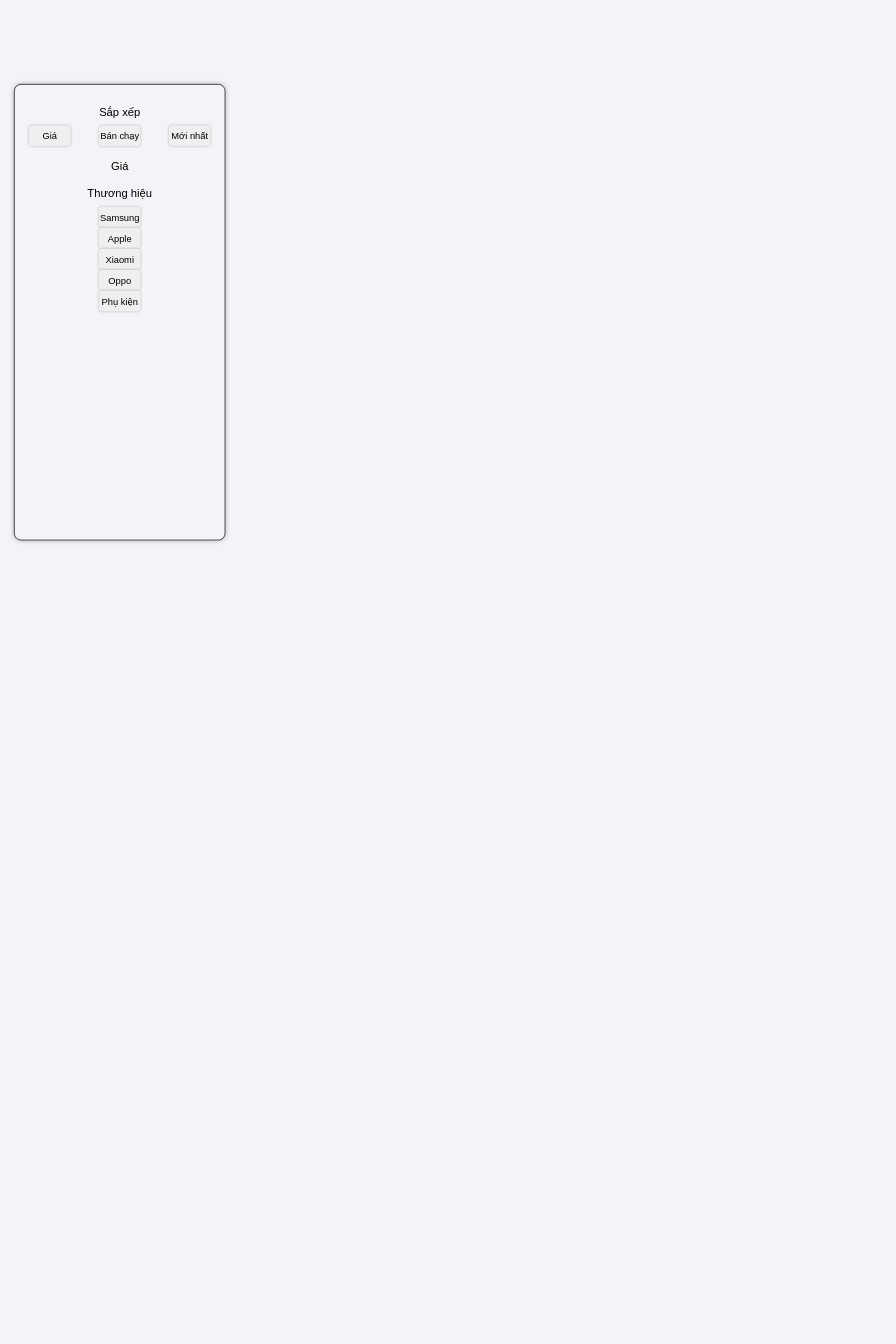
Repository: TrungSonQNIT2k4/ZENTECH
Page: showsp.html
The author's editor kept a copy of each file at every save. The page is drawn from the files as they stood at one save, then again after the next save.
The browser window is 1280 px wide. The pictures show the whole page, at 70% of full size.
Some web fonts or font styles are not loaded; a fallback is used.

Above is the page before, as saved 2024-11-22 21:36:18.

### showsp.html
<!DOCTYPE html>
<html lang="en">

<head>
    <meta charset="UTF-8">
    <meta name="viewport" content="width=device-width, initial-scale=1.0">
    <title>ZENTECH</title>
    <link rel="stylesheet" href="style.css">
    <link rel="icon" type="image/png" href="/Data/Image/ICONLOGOZ.png" />
    <link href="https://fonts.googleapis.com/css2?family=Francois+One&display=swap" rel="stylesheet">
</head>
<body>
    <div class="container">
        <div class="menu_choose">
            <div class="Sort">
                <p>Sắp xếp</p>
                <div class="tools">
                    <button>Giá</button>
                    <button>Bán chạy</button>
                    <button>Mới nhất</button>
                </div>
            </div>
            <div class="Price_choose">
                <p>Giá</p>
                <div></div>
            </div>
            <div class="Brand_choose">
                <p>Thương hiệu</p>
                <div class="Brand_tools">
                    <button>Samsung</button>
                    <button>Apple</button>
                    <button>Xiaomi</button>
                    <button>Oppo</button>
                    <button>Phụ kiện</button>
                </div>
            </div>
        </div>
    </div>
</body>
</html>

### style.css
*{
    padding: 0;
    margin: 0;
    font-family: 'Francois One', sans-serif;
}
body{
  background-color: #F4F4F8;
}
p{
  color: black;
}
a{
    text-decoration: none;
}
li{
    list-style-type: none;
}
.header{
    display: flex;
    position: fixed;
    background-color: #F4F4F8;
    height: 100px;
    top: 0;
    left: 0;
    width: 100%;
    z-index: 1000;
    box-shadow: 0 6px 10px rgba(0, 0, 0, 0.15);
}
.header_inner{
  width: 100%;
  background-color: #F4F4F8;
  display: flex;
  margin: 10px;
  margin: 10px;
  justify-content: space-between;
  align-items: center;
  position: relative;
}
.header_logo{
  margin-top: 15px;
  padding: 5px;
  height: 120px;
  width: 200px;
  transition: all 0.6s;
}
.header_logo:hover{
  transform: scale(1.05);
}
.globalnav-list{
  display: flex;
  align-items: center;
  font-size: 25px;
  font-family: 'Francois One', sans-serif;
  white-space: nowrap;
}
.globalnav-list-content{
  margin-left: 30px;
  margin-right: 30px;
  transition: all 0.1s;
}
.globalnav-list-content:hover{
  color: red;
}
.menu_item{
  margin: 0 1rem;
}
.menu_item:hover .menu_child{
  opacity: 1;
  visibility: visible;
}
.menu_child{
  background-color: whitesmoke;
  display: flex;
  position: absolute;
  top: 120%;
  left: 0;
  width: 97%;
  padding: 20px;
  border-radius: 20px;
  opacity: 0;
  visibility: hidden;
  justify-content: space-around;
  transition: opacity 0.25s ease, visibility 0.25s ease;
  box-shadow: 0 0 8px rgba(0, 0, 0, 0.15);
}
.menu_child-list p{
  transition: 0.1s;
}
.menu_child-list p:hover{
  color: red;
}
.globalnav-tool{
  display: flex;
  align-items: center;
  white-space: nowrap;
}
.globalnav-tool-content{
  margin-left: 30px;
  margin-right: 30px;
  transition:all 0.5s;
}
.globalnav-tool-content:hover{
  transform: scale(1.1);
}
.icon{
    height: 30px;
    width: 30px;
    margin-top: 5px;
    margin-right: 5px;
}
.container{
    margin-top: 120px;
    margin-bottom: 350px;
    min-height: 1300px;
    background-color: #F4F4F8;
    margin-bottom: 500px;
}
.slogan p{
  font-size: 20px;
  margin: 10px;
  text-align: center;
  color: red;
}
.banner{
  display: flex;
  justify-content: center;
  min-height: 450px;
  width: 1300px;
  margin-right: 30px;
  margin-left: 30px;
  white-space: nowrap;
}
.banner ul{
  padding: 0;
  margin: 0;
  list-style-type: none;
}
.banner-content img{
  border-radius: 10px;
  height: 450px;
  width: 1200px;
}
.smartphone{
  margin-left: 30px;
  margin-right: 30px;
  height: 60px;
  white-space: nowrap;
}
.smartphone ul {
  justify-content: space-around;
  display: flex;
  padding: 0;
  margin-bottom: 20px;
  list-style-type: none;
}

.smartphone li {
  display: flex;
}
.smartphone-content{
  margin: 10px;
  border-radius: 10px;
  border: none;
  background-color: rgba(255, 0, 0, 0);
}
.smartphone-content img{
  border-radius: 10%;
  height: 250px;
  width: 250px;
  box-shadow: 4px 4px 8px rgba(0, 0, 0, 0.3);
  transition: all 0.6s;
}
.smartphone-content img:hover{
  transform: scale(1.05);
  box-shadow: 6px 6px 12px rgba(0, 0, 0, 0.5);
}
.header-item{
  margin-left: 30px;
  margin-right: 30px;
  display: flex;
  justify-content: space-between;
}
.header-topic button{
  height: 30px;
  width: 300px;
  background-color: #D2B48C;
  border: none;
  border-radius: 5px;
}
.header-topic h3{
  transition: all 0.3s;
}
.header-topic h3:hover{
  color: white;
}
.other-link button{
  height: 30px;
  width: 80px;
  margin-left: 5px;
  margin-right: 5px;
  border-radius: 10px;
  transition: all 0.4s;
}
.other-link button:hover{
  transform: scale(1.05);
}
.other-link p:hover{
  color: red;
}
.smartphone-items{
  margin-left: 30px;
  margin-right: 30px;
  display: flex;
}

.smartphone-item button{
  height: 300px;
  width: 240px;
  border-radius: 10px;
  border: none;
  background-color: white;
  box-shadow: 4px 4px 8px rgba(0, 0, 0, 0.3);
  transition: all 0.6s;
}
.smartphone-item button:hover{
  transform: scale(1.05);
}
.smartphone-item img{
  height: 190px;
  width: 180px;
  margin-bottom: 10px;
}
.smartphone-item p{
  font-size: 20px;
  font-weight: 100;
}
.price{
  color: red;
}
::-webkit-scrollbar {
  width: 12px;
  height: 12px;
}

/* Phần thanh kéo */
::-webkit-scrollbar-thumb {
  background-color: #888;
  border-radius: 10px;
  border: 3px solid #f1f1f1;
}

/* Phần đường ray */
::-webkit-scrollbar-track {
  background-color: #f1f1f1;
  border-radius: 10px;
}

/* Phần thanh cuộn khi hover */
::-webkit-scrollbar-thumb:hover {
  background-color: #555;
}
.footer{
    background-color: #F4F4F8;
    min-height: 50px;
    padding: 30px;
    bottom:0;
    margin-right: 30px;
    margin-left: 30px;
    border-radius: 10px;
    box-shadow: 0 -1px 10px rgba(0, 0, 0, 0.15);
}
.footer-menu{
  display: flex;
  justify-content: space-between;
}
.footer-menu-list p{
  transition: all 0.1s;
}
.footer-menu-list p:hover{
  color: red;
}
.footer-tool{
  margin-top: 20px;
  display: flex;
  justify-content: space-around;
}
.footer-tool-list  img{
  height: 90px;
  width: 180px;
}
.footer-menu-contact{
  display: flex;
  justify-content: center;
}
.footer-menu-contact img{
  margin-right: 10px;
  height: 50px;
  width: 50px;
  border-radius: 100%;
  transition: all 0.5s;
}
.footer-menu-contact img:hover{
  transform: scale(1.05);
}
.footer-tool-bank{
  display: flex;
  justify-content: center;
}
.footer-tool-bank img{
  margin-right: 10px;
  height: 50px;
  width: 50px;
  border-radius: 100%;
  transition: all 0.5s;
}
.footer-tool-bank img:hover{
  transform: scale(1.05);
}
.copyright{
  font-size: 12px;
  display: flex;
  justify-content: center;
}
/* showsp_html */
.menu_choose{
  margin: 20px;
  margin-top: 50px;
  border: 1px solid;
  border-radius: 10px;
  width: 300px;
  height: 650px;
  box-shadow: 0px 0px 8px rgba(0, 0, 0, 0.3);
}
.menu_choose p{
  display: flex;
  justify-content: center;
}
.Sort{
  margin-top: 30px;
}
.tools{
  margin-top: 10px;
  display: flex;
  justify-content: space-around;
}
.tools button{
  height: 30px;
  width: 60px;
  border-radius: 5px;
  border: none;
  transition: 0.8s;
  box-shadow: 0px 0px 3px rgba(0, 0, 0, 0.3);
}
.tools button:hover{
  transform: scale(1.1);
  color: red;
}
.Price_choose{
  margin-top: 20px;
}
.Brand_choose{
  margin-top: 20px;
}
.Brand_tools{
  margin: 10px;
  display: grid;
  justify-content: center;
}
.Brand_tools button{
  bac
  margin: 10px;
  height: 30px;
  width: 60px;
  border-radius: 5px;
  border: none;
  transition: 0.8s;
  box-shadow: 0px 0px 3px rgba(0, 0, 0, 0.3);
}
.Brand_tools button:hover{
  transform: scale(1.1);
  color: red;
}

After the next save:
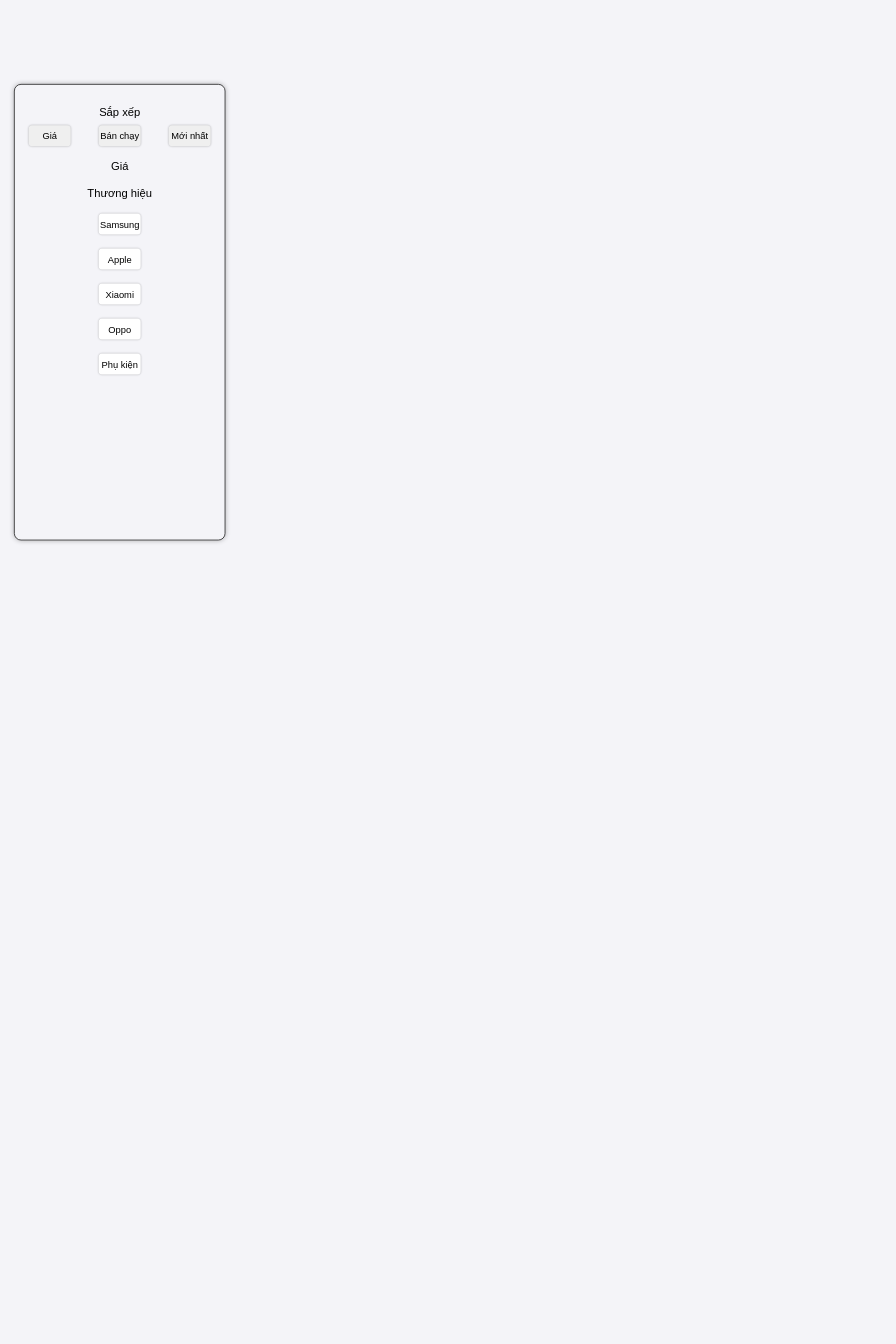
Saved 4 s later.
--- a/style.css
+++ b/style.css
@@ -367,7 +367,7 @@
   justify-content: center;
 }
 .Brand_tools button{
-  bac
+  background-color: white;
   margin: 10px;
   height: 30px;
   width: 60px;
